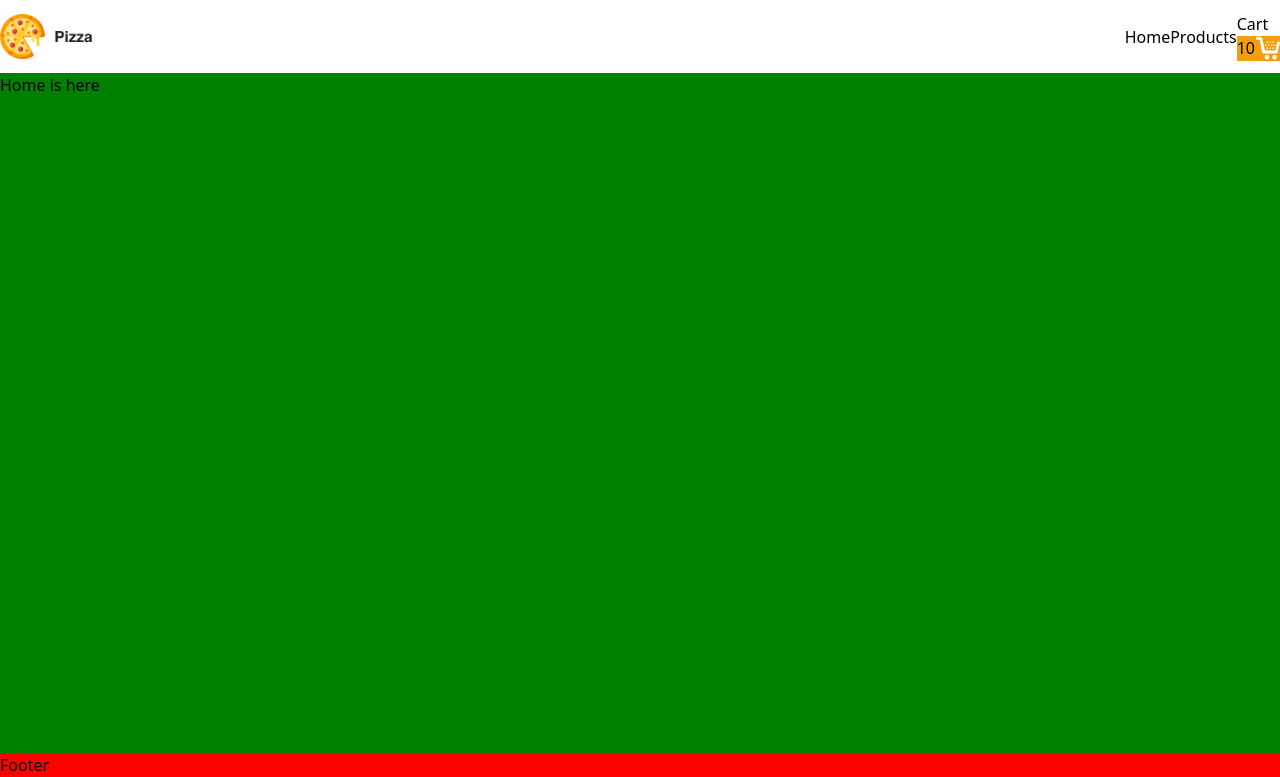
Repository: yuv-raj-25/pizza-youtube
Page: /
The author's editor kept a copy of each file at every save. The page is drawn from the files as they stood at one save, then again after the next save.
The browser window is 1280 px wide. The pictures show the whole page.
Some web libraries are served in a nearby version. The project was rebuilt for these pictures with package versions that can differ from the ones it lists, and the page was loaded fresh each time. Also part of the build but not shown: src/pages/About.jsx.

Above is the page before, as saved 2023-08-16 19:39:29.

After the next save:
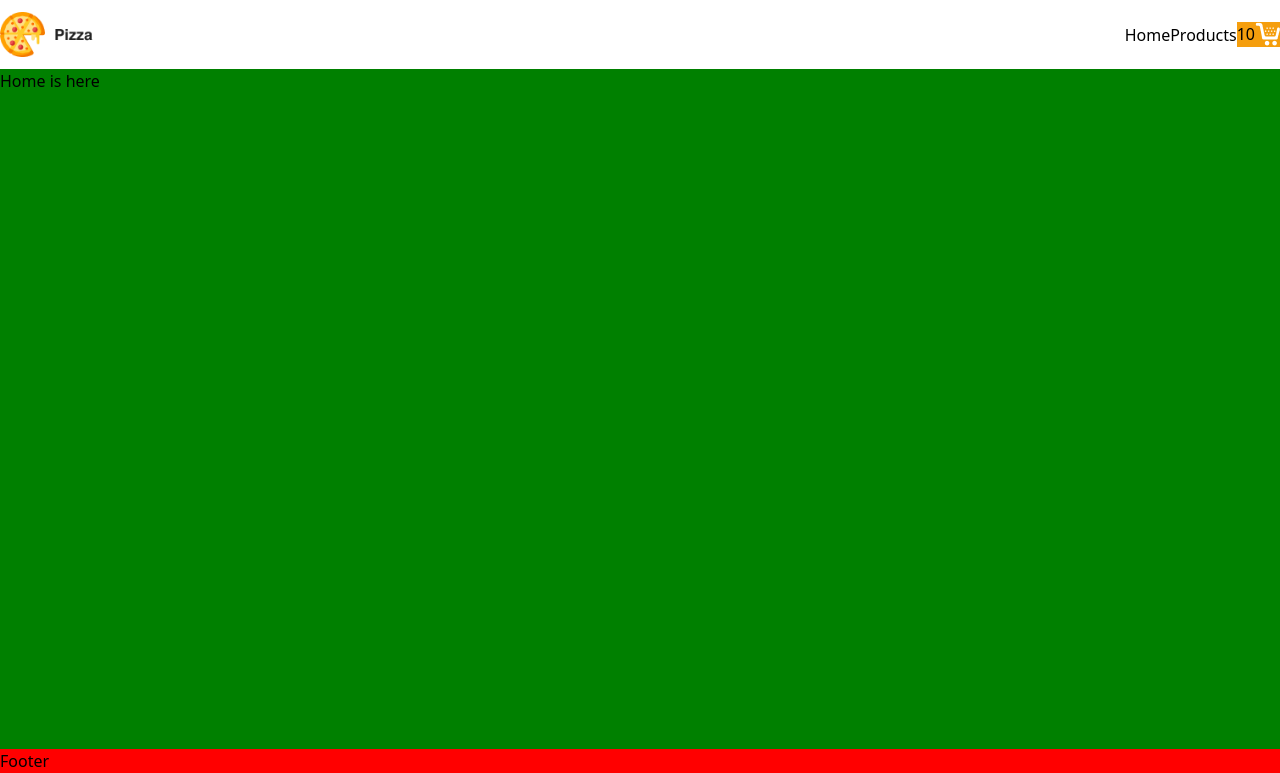
Saved 36 s later.
--- a/src/pages/Navbar.jsx
+++ b/src/pages/Navbar.jsx
@@ -20,7 +20,7 @@ const Navbar = () => {
             <li><Link to = "/Products">Products</Link></li>
 
             <li>
-              <Link to = "/Cart">Cart</Link>
+              <Link to = "/Cart"></Link>
 
               <div style={cartstyle}>
                 <span >10</span>
